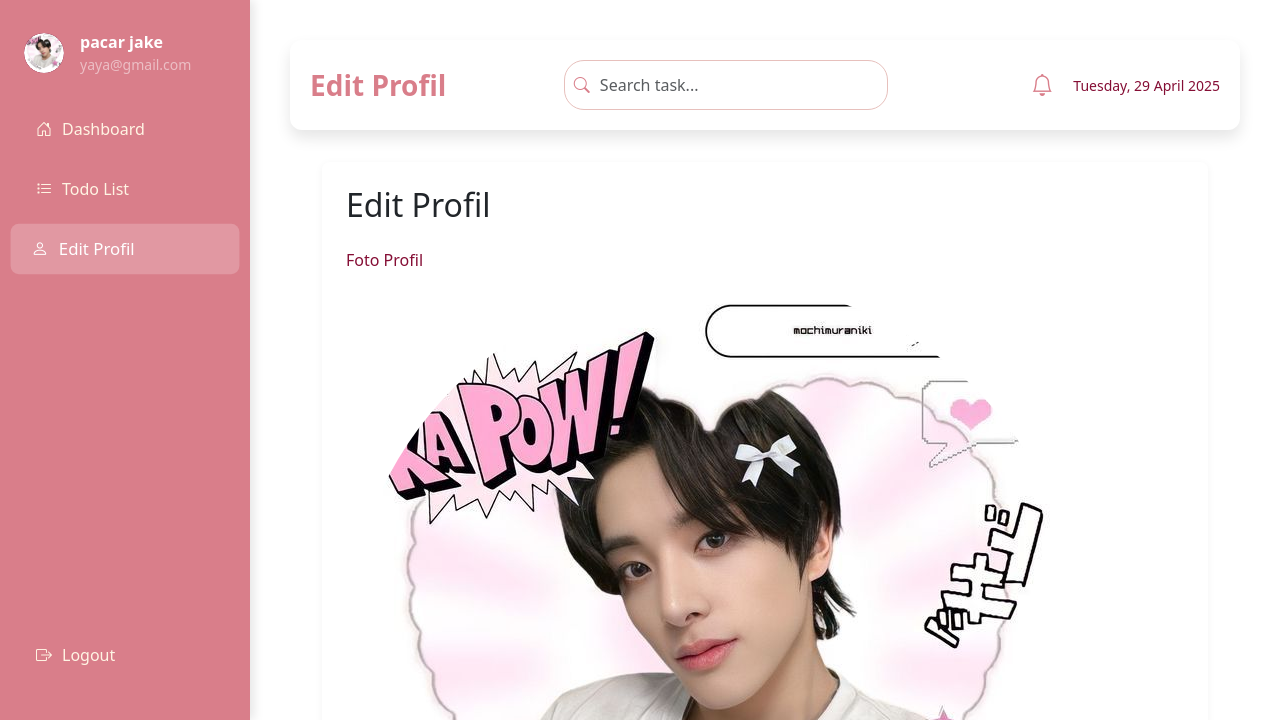
Repository: zhr-nabila/FloTime
Page: http://localhost/profile.php
The author's editor kept a copy of each file at every save. The page is drawn from the files as they stood at one save, then again after the next save.
The browser window is 1280 px wide. The pictures show the whole page.
An inner scrolling area shows only its first screen. The page is run by PHP 8.4 with error messages shown; the project is at /var/www/html/. The session is filled in as if someone had signed in: {"email": "yaya@gmail.com", "status": "login", "user_id": 2}. The database holds what the project's SQL file puts in it.

Above is the page before, as saved 2025-04-30 20:31:20.

After the next save:
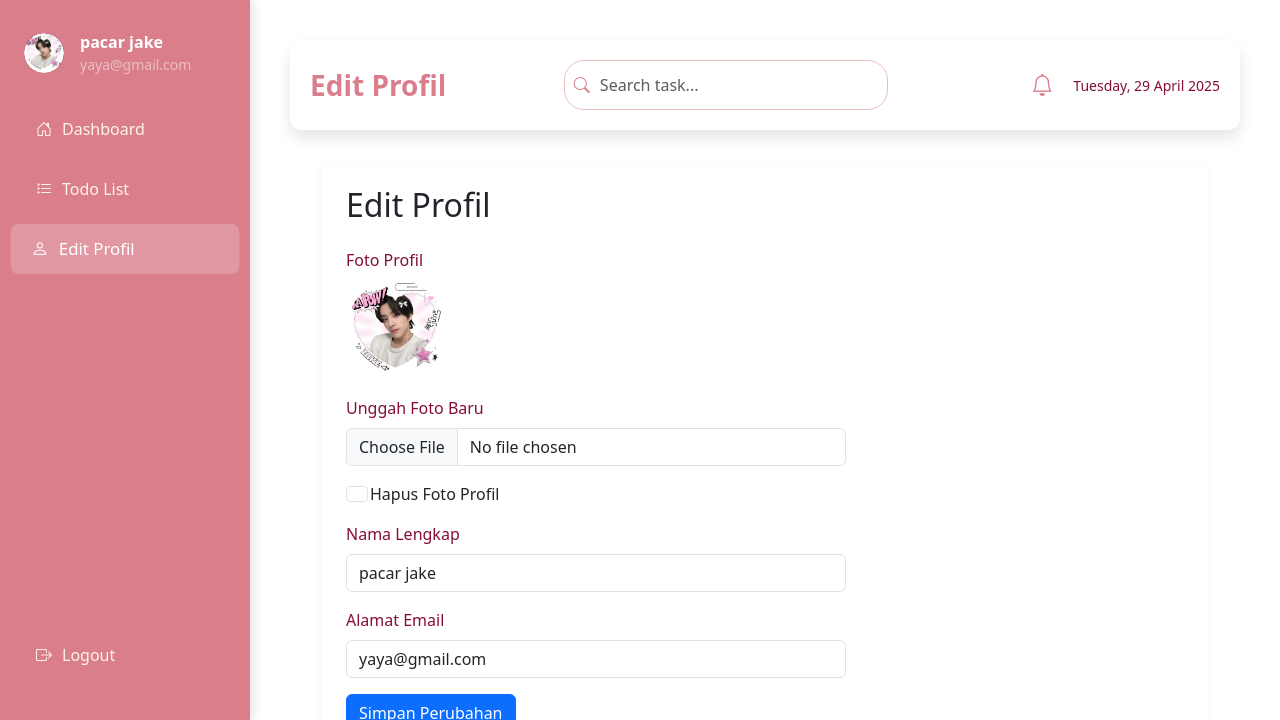
Saved 6 s later.
--- a/profile.php
+++ b/profile.php
@@ -81,7 +81,7 @@ if ($_SERVER["REQUEST_METHOD"] == "POST") {
             <div class="mb-3">
                 <label class="form-label">Foto Profil</label><br>
                 <?php if ($user['photo']) : ?>
-                    <img src="uploads/<?= htmlspecialchars($user['photo']) ?>" alt="Foto" class="rounded-circle">
+                    <img src="uploads/<?= htmlspecialchars($user['photo']) ?>" alt="Foto" class="rounded-circle" width="100" height="100">
                 <?php else : ?>
                     <div class="user-avatar-lg">
                         <?= strtoupper(substr($user['name'] ?: $user['email'], 0, 1)) ?>
